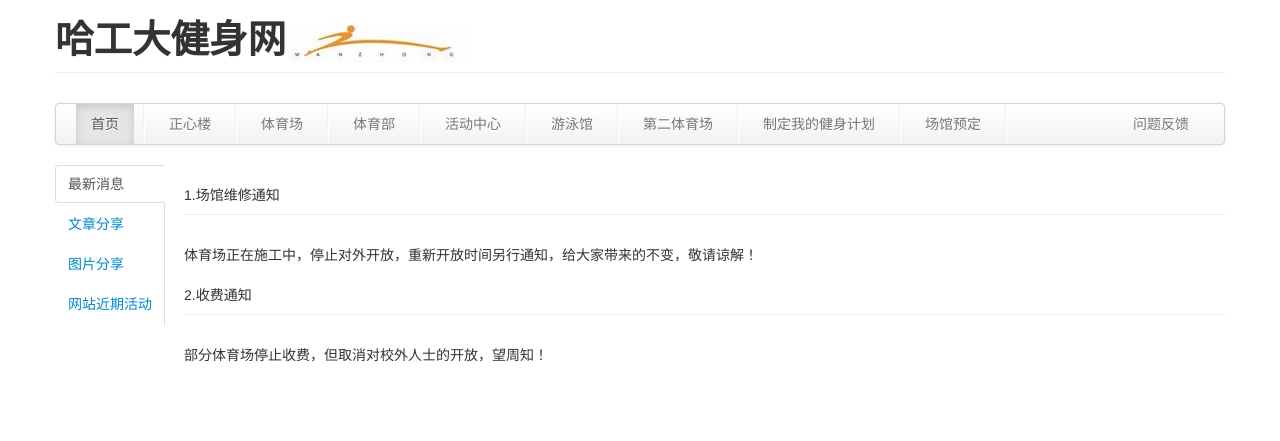
Repository: hitDeveloper/fitness
Page: http://localhost/project/main.jsp
An editor plug-in stored every save of this project. The page is shown before and after the next save, followed by the edit.
The browser window is 1280 px wide. The pictures show the whole page.
The page is served by Tomcat 9. Nobody is signed in. The application's start-up code is not run.

Above is the page before, as saved 2014-11-05 00:12:45.

After the next save:
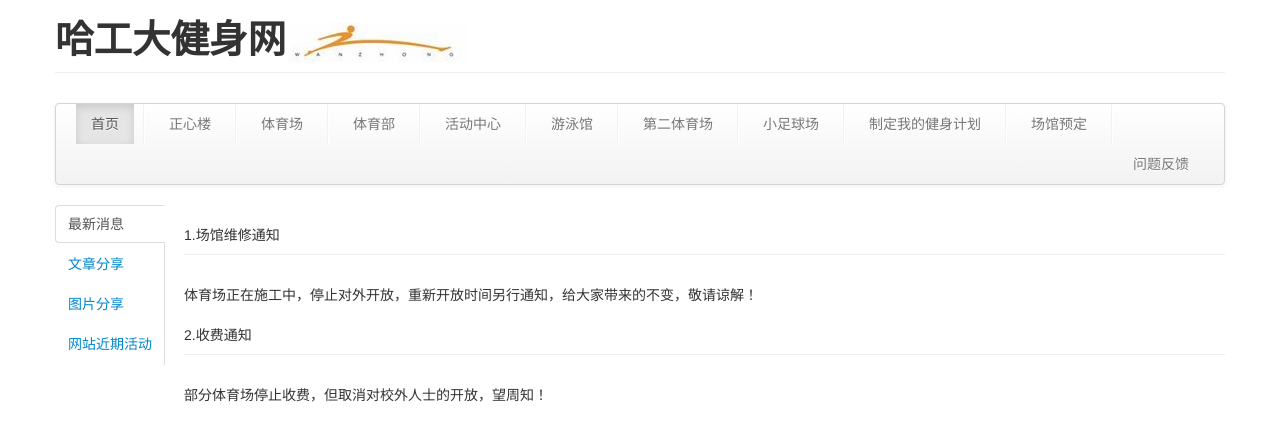
Saved 9 s later.
--- a/Project/project/WebRoot/main.jsp
+++ b/Project/project/WebRoot/main.jsp
@@ -27,6 +27,8 @@
 	<li><a href="swimming.jsp">游泳馆</a></li>
 	<li class="divider-vertical"></li>
 	<li><a href="gym2.jsp">第二体育场</a></li>
+	<li class="divider-vertical"></li>
+	<li><a href="xiaozuqiuchang.jsp">小足球场</a></li>
 	<li class="divider-vertical"></li>
 	<li><a href="myplan.jsp">制定我的健身计划</a></li>
 	<li class="divider-vertical"></li>
